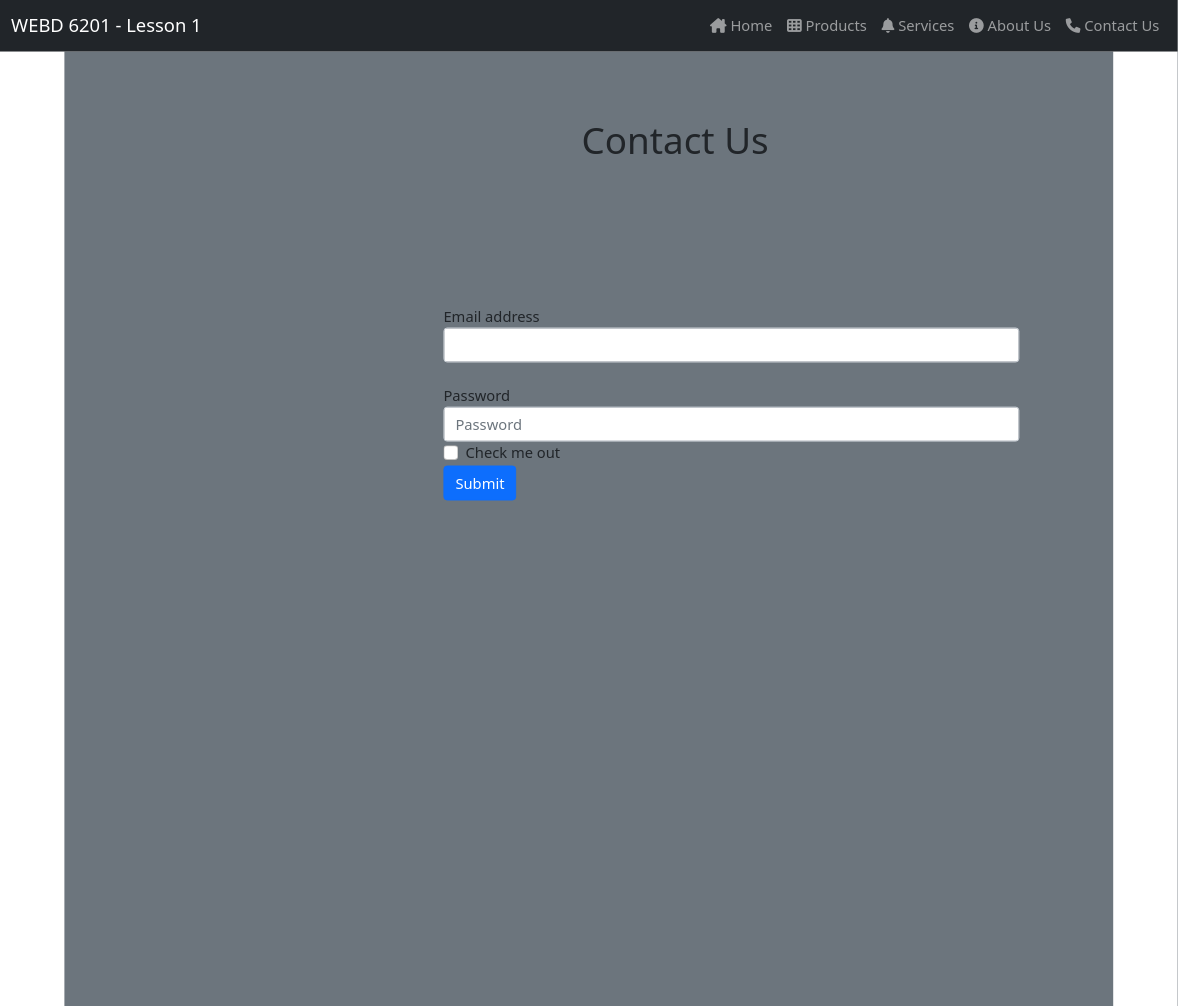
Repository: devanshudave1901/DevanshuDave_AngaranYogeswaranLab2
Page: contact.html
An editor plug-in stored every save of this project. The page is shown before and after a run of saves, followed by the edit.
The browser window is 1280 px wide. The pictures show the whole page, at 92% of full size.

Above is the page before, as saved 2022-02-10 12:22:11.

### contact.html
<!DOCTYPE html>
<html lang="en">
  <head>
    <meta charset="UTF-8" />
    <meta http-equiv="X-UA-Compatible" content="IE=edge" />
    <meta name="viewport" content="width=device-width, initial-scale=1.0" />
    <title>Contact Us</title>
    <link
      rel="stylesheet"
      href="./node_modules/bootstrap/dist/css/bootstrap.min.css"
    />
    <link
      rel="stylesheet"
      href="./node_modules/@fortawesome/fontawesome-free/css/all.min.css"
    />
    <link rel="stylesheet" href="./Content/app.css" />
  </head>
  <body>
    <nav class="navbar navbar-expand-lg navbar-dark bg-dark">
      <div class="container-fluid">
        <a class="navbar-brand" href="#">WEBD 6201 - Lesson 1</a>
        <button
          class="navbar-toggler"
          type="button"
          data-bs-toggle="collapse"
          data-bs-target="#navbarSupportedContent"
          aria-controls="navbarSupportedContent"
          aria-expanded="false"
          aria-label="Toggle navigation"
        >
          <span class="navbar-toggler-icon"></span>
        </button>
        <div class="collapse navbar-collapse" id="navbarSupportedContent">
          <ul class="navbar-nav ms-auto">
            <li class="nav-item active">
              <a class="nav-link" aria-current="page" href="./index.html"
                ><i class="fa-solid fa-house-chimney"></i> Home</a
              >
            </li>

            <li class="nav-item">
              <a class="nav-link" href="./products.html"
                ><i class="fa-solid fa-th"></i> Products</a
              >
            </li>
            <li class="nav-item">
              <a class="nav-link" href="./services.html"
                ><i class="fa-solid fa-bell"></i> Services</a
              >
            </li>
            <li class="nav-item">
              <a class="nav-link" href="./about.html">
                <i class="fa-solid fa-circle-info"></i> About Us</a
              >
            </li>
            <li class="nav-item">
              <a class="nav-link" href="./contact.html">
                <i class="fa-solid fa-phone"></i> Contact Us</a
              >
            </li>
          </ul>
        </div>
      </div>
    </nav>
    <div class="jumbotron bg-secondary container" id="contentArea">
      <br />
      <br />
      <br />
      <h1 id="contactId">Contact Us</h1>
      <br />
      <br />

      <form id="Contactform">
        <div class="form-group">
          <label for="exampleInputEmail1"> Email address</label>
          <input type="email" class="form-control" id="exampleInputEmail1" />
        </div>
        <br />
        <div class="form-group">
          <label for="exampleInputPassword1">Password</label>
          <input
            type="password"
            class="form-control"
            id="exampleInputPassword1"
            placeholder="Password"
            rows="3"
          />
        </div>
        <div class="form-check">
          <input type="checkbox" class="form-check-input" id="exampleCheck1" />
          <label class="form-check-label" for="exampleCheck1"
            >Check me out</label
          >
        </div>
        <button type="submit" class="btn btn-primary">Submit</button>
      </form>
    </div>
    <!-- 3RD Party Library-->
    <script src="./node_modules/jquery/dist/jquery.min.js"></script>
    <script src="./node_modules/bootstrap/dist/js/bootstrap.min.js"></script>
  </body>
</html>

### Content/app.css
#Contactform {
  padding: 100px 90px 550px 400px;
}

.formInputBox {
  padding-left: 60px;
  margin: 8px 0;
  border: dashed;
  box-sizing: border-box;
}

#contactId {
  padding-left: 550px;
}

Loaded but not shown: node_modules/bootstrap/dist/css/bootstrap.min.css (library); node_modules/@fortawesome/fontawesome-free/css/all.min.css (library); node_modules/jquery/dist/jquery.min.js (library); node_modules/bootstrap/dist/js/bootstrap.min.js (library)

After the next 2 saves:
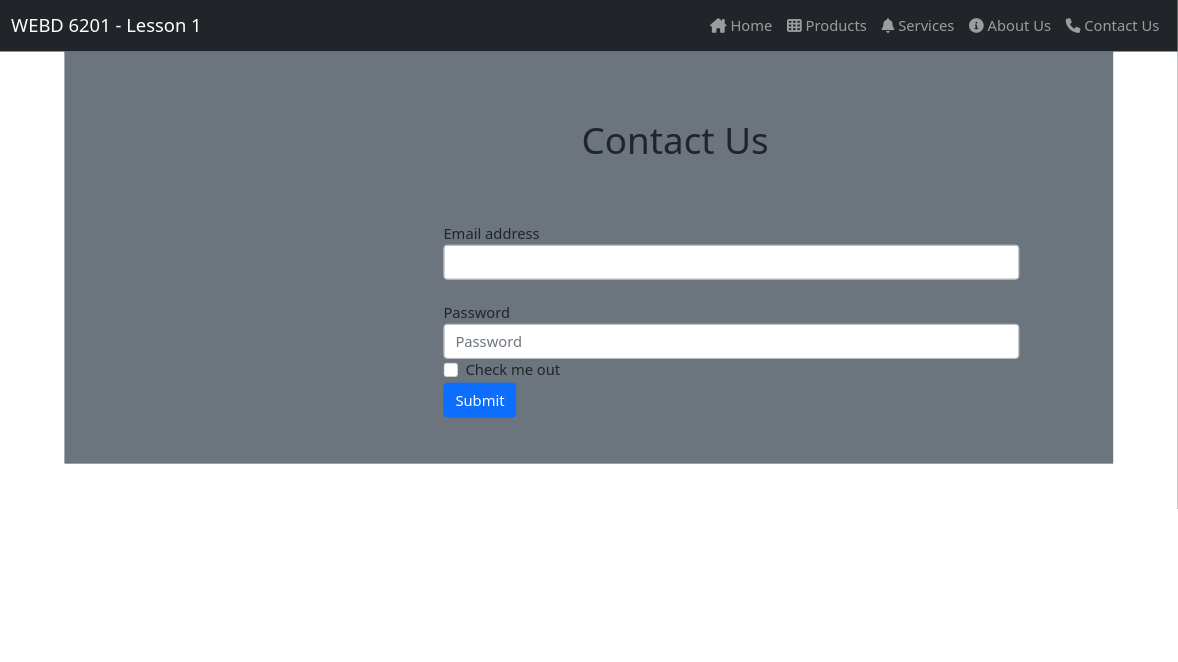
The 2 saves are shown as one change because they came seconds apart.
The last was saved 18 s later.
--- a/Content/app.css
+++ b/Content/app.css
@@ -1,5 +1,5 @@
 #Contactform {
-  padding: 100px 90px 550px 400px;
+  padding: 10px 90px 50px 400px;
 }
 
 .formInputBox {
